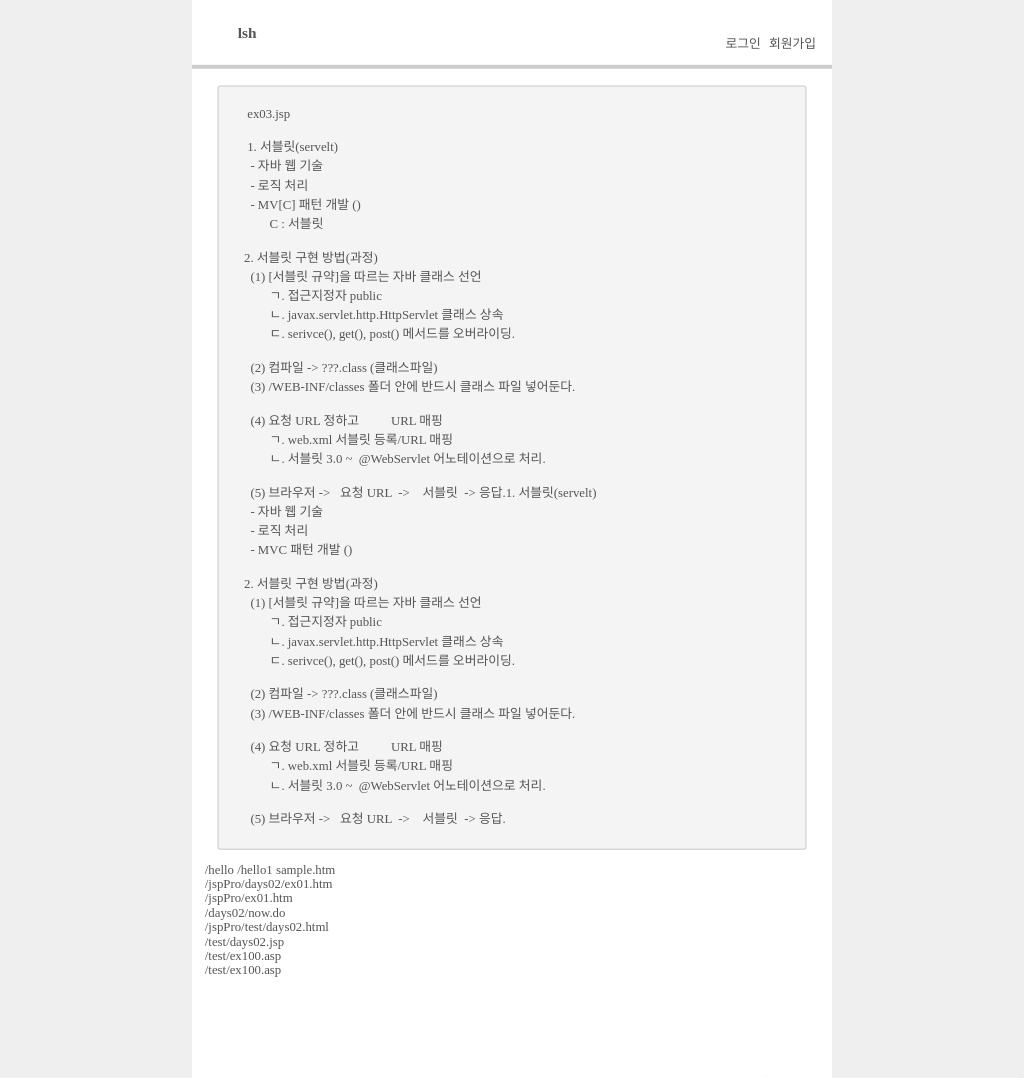
Repository: Seeker2250/JspTest
Page: http://localhost/jspPro/days02/ex03.jsp
These files come from the project's save history. The page is drawn as it stood at one moment and after the next save; the edit follows.
The browser window is 1280 px wide. The pictures show the whole page, at 80% of full size.
Some web fonts or font styles are not loaded; a fallback is used. The page is served by Tomcat 9. Other server files are loaded and not shown.

Above is the page before, as saved 2024-10-16 08:16:47.

### jspPro/src/main/webapp/days02/ex03.jsp
<%@ page language="java" contentType="text/html; charset=utf-8" pageEncoding="utf-8" %> <!-- 페이지 지시자(지시자는 @가 있다.) -->
<!DOCTYPE html>
<html>
<head>
<meta charset="UTF-8">
<title>Insert title here</title>
<link rel="shortcut icon" type="image/x-icon" href="http://localhost/jspPro/images/SiSt.ico">
<script src="https://ajax.googleapis.com/ajax/libs/jquery/3.7.1/jquery.min.js"></script>
<meta name="viewport" content="width=device-width, initial-scale=1.0">
<link rel="stylesheet" href="http://localhost/jspPro/resources/cdn-main/example.css">
<script src="http://localhost/jspPro/resources/cdn-main/example.js"></script>
<style>
 span.material-symbols-outlined{
    vertical-align: text-bottom;
 }
</style>
</head>
<body>
<header>
  <h1 class="main"><a href="#" style="position: absolute;top:30px;">lsh</a></h1>
  <ul>
    <li><a href="#">로그인</a></li>
    <li><a href="#">회원가입</a></li>
  </ul>
</header>
<div>
  <xmp class="code">
     ex03.jsp

     1. 서블릿(servelt)
      - 자바 웹 기술
      - 로직 처리
      - MV[C] 패턴 개발 ()
            C : 서블릿

    2. 서블릿 구현 방법(과정)
      (1) [서블릿 규약]을 따르는 자바 클래스 선언
            ㄱ. 접근지정자 public
            ㄴ. javax.servlet.http.HttpServlet 클래스 상속
            ㄷ. serivce(), get(), post() 메서드를 오버라이딩.

      (2) 컴파일 -> ???.class (클래스파일)
      (3) /WEB-INF/classes 폴더 안에 반드시 클래스 파일 넣어둔다.

      (4) 요청 URL 정하고          URL 매핑
            ㄱ. web.xml 서블릿 등록/URL 매핑
            ㄴ. 서블릿 3.0 ~  @WebServlet 어노테이션으로 처리.

      (5) 브라우저 ->   요청 URL  ->    서블릿  -> 응답.1. 서블릿(servelt)
      - 자바 웹 기술
      - 로직 처리
      - MVC 패턴 개발 ()

    2. 서블릿 구현 방법(과정)
      (1) [서블릿 규약]을 따르는 자바 클래스 선언
            ㄱ. 접근지정자 public
            ㄴ. javax.servlet.http.HttpServlet 클래스 상속
            ㄷ. serivce(), get(), post() 메서드를 오버라이딩.

      (2) 컴파일 -> ???.class (클래스파일)
      (3) /WEB-INF/classes 폴더 안에 반드시 클래스 파일 넣어둔다.

      (4) 요청 URL 정하고          URL 매핑
            ㄱ. web.xml 서블릿 등록/URL 매핑
            ㄴ. 서블릿 3.0 ~  @WebServlet 어노테이션으로 처리.

      (5) 브라우저 ->   요청 URL  ->    서블릿  -> 응답.
  </xmp>

  <a href="/jspPro/hello?name=이시훈">/hello</a>
  <a href="/jspPro/hello1?name=김준석">/hello1</a>


  <a href="sample.htm">sample.htm</a><br />
  <a href="/jspPro/days02/ex01.htm">/jspPro/days02/ex01.htm</a><br />
  <a href="/jspPro/ex01.htm">/jspPro/ex01.htm</a><br />

  <!-- / 경로의 위치가 다르기 때문에 jspPro 부터 시작한다. -->
  <a href="/jspPro/days02/now.do">/days02/now.do</a><br />

  <a href="/jspPro/test/days02/ex100.html">/jspPro/test/days02.html</a><br />
  <a href="/test/days02.jsp">/test/days02.jsp</a><br /> <!-- localhost로 들어가잖아 jspPro없어서 그래  -->
  <a href="/test/ex100.asp">/test/ex100.asp</a><br /> <!-- localhost로 들어가잖아 jspPro없어서 그래  -->
  <a href="/jspPro/test/ex100.asp">/test/ex100.asp</a><br />

  <!-- [차이점] 과제 / ch17, 514p
  <url-pattern>/</url-pattern>
  <url-pattern>/*</url-pattern>
   -->
</div>
</body>
</html>

### jspPro/src/main/webapp/resources/cdn-main/example.css
@charset "UTF-8";

@import url('https://fonts.googleapis.com/css2?family=Material+Symbols+Outlined:opsz,wght,FILL,GRAD@20..48,100..700,0..1,-50..200');

@font-face {
    font-family: 'GmarketSansMedium';
    src: url('https://cdn.jsdelivr.net/gh/projectnoonnu/noonfonts_2001@1.1/GmarketSansMedium.woff') format('woff');
    font-weight: normal;
    font-style: normal;
}

:root {
	--text-color: #555;
	--sub-text-color: #777;
	--back-color: #EFEFEF;
	--header-color: #444;
	--primary-color: #DEDEDE;
	--secondary-color: #EFEFEF;
	--default-width: 800px;
	--narrow-width: 500px;
	--wide-width: 1200px;
	--text-font: 'GmarketSansMedium';
	--icon-font: 'Material Symbols Outlined';
	--border-color: #CCC;
}

html, body {
	margin: 0;
	padding: 0;
}

html {
	background-color: var(--back-color);
	display: flex;
	justify-content: center;
	min-height: 100vh;
}

body, body.default {
	width: var(--default-width);
	background-color: white;
	padding-bottom: 120px;
}

body.wide {
	width: var(--wide-width);
}

body.narrow {
	width: var(--narrow-width);
}



body, p, div, span, a, input, select, option, textarea, button, table, th, td, label, fieldset, legend {
	font-family: var(--text-font);
	color: var(--text-color);
}

h1, h2, h3 {
	font-family: var(--text-font);
	color: var(--header-color);
	padding: 0 1rem;
	padding-top: .5rem;
}

div > h1, div > h2, div > h3 {
	padding: 0;
}

body > div, body > main > div {
	padding: 0.3rem 1rem;
}


h1 { font-size: 2rem; border-bottom: 1px solid var(--border-color); }
h1 small { font-size: 1.2rem; color: var(--sub-text-color); }
h2 { font-size: 1.5rem; border-bottom: 1px dashed var(--border-color); }
h2 small { font-size: 1.1rem; color: --sub-text-color; }
h3 { font-size: 1.2rem; }
h3 small { font-size: 1rem; color: --sub-text-color; }



h1.main::before {
	font-family: var(--icon-font);
  	content: '\e666';
  	margin-right: 10px;
  	float: left;
	font-size: 2.5rem;
}

h1.sub::before {
	font-family: var(--icon-font);
  	content: '\ea19';
  	margin-right: 10px;
  	float: left;
	font-size: 2.5rem;
}


h1.page::before {
	font-family: var(--icon-font);
  	content: '\e0e0';
  	margin-right: 10px;
  	float: left;
	font-size: 2.5rem;
}

body > header > ul > li > .active{
	background-color: #FFF;
	color:#F00;
}

body > header {
	display: flex;
	justify-content: space-between;
	border-bottom: 5px solid var(--border-color);
	min-height: 74px;
	background-color: #FFF;
}

body > header.sticky {
	position: sticky;
	top: 0;
	z-index: 98;
}

body > header > h1 {
	font-size: 1.2rem;
	border: 0;
}

body > header.in > h1::before {
	font-family: var(--icon-font);
  	content: '\e332‥';
  	margin-right: 3px;
  	float: left;
	font-size: 2rem;
}


body > header > ul {
	list-style-type: none;
	display: flex;
	align-items: flex-end;
	margin-right: 10px;
}

body > header > ul > li {
	margin-right: 10px;
	cursor: pointer;
}

body > header > ul > li > a {
	cursor: pointer;
}


form {
	display: block;
}

form > div {
	padding: 0.3rem 1rem;
}

div > form > div {
	padding: 0.3rem 0;
}

input, textarea, button, select {
	border: 1px solid #BBB;
	border-radius: 3px;
	outline: none;
	resize: none;
	padding: 7px;
	margin: 0;
}

input[type=text]:read-only, textarea:read-only {
	cursor: not-allowed;
	background-color: #FFF;
}

input[type=text]:disabled, textarea:disabled {
	cursor: not-allowed;
	background-color: #EEE;
}

input[type=text], input[type=password], textarea, button, select {
	/* width: 300px; */
}

textarea {
	display: block;
	height: 100px;
}

input[type=button], input[type=submit], button {
	/* width: inherit; */
}

input.short, textarea.short, button.short, select.short {
	width: 100px;
}

input.long, textarea.long, button.long, select.long {
	width: 350px;
}

.narrow input.long, .narrow textarea.long, .narrow button.long, .narrow select.long {
	width: calc(100% - 20px);
}

input.full, textarea.full, button.full, select.full {
	width: calc(100% - 20px);
}

textarea.short {
	height: 50px;
}

textarea.long {
	height: 100px;
}

textarea.full {
	height: 200px;
}

input, textarea {
	padding-top: 8px;
}

input[type=button], input[type=submit], button {
	padding: 5px 10px;
	background-color: var(--secondary-color);
	cursor: pointer;
	min-height: 36px;
}

input[type=button].primary, input[type=submit].primary, button.primary {
	/* background-color: rgba(100, 149, 237, .2); */
	background-color: var(--primary-color);
}

input[type=button].primary:hover, input[type=submit].primary:hover, button.primary:hover {
	/* background-color: rgba(100, 149, 237, .3); */
	background-color: var(--secondary-color);
}

input[type=button]:hover, input[type=submit]:hover, button:hover {
	background-color: var(--primary-color);
}

button {
	position: relative;
	left: 0;
	top: 0;
	padding-left: 35px;
}

button .material-symbols-outlined {
	position: absolute;
	left: 10px;
	top: 4px;
}

/* k2nik add */
button.login::before {
	font-family: var(--icon-font);
  	content: '\ea77';
	position: absolute;
	left: 11px;
	top: 4px;
	font-size: 1.25rem;
}

/* k2nik logout */
button.logout::before {
	font-family: var(--icon-font);
  	content: '\e9ba';
	position: absolute;
	left: 11px;
	top: 4px;
	font-size: 1.25rem;
}

/* k2nik help */
button.help::before {
	font-family: var(--icon-font);
  	content: '\f1c0';
	position: absolute;
	left: 11px;
	top: 4px;
	font-size: 1.25rem;
}

button.add::before{
	font-family: var(--icon-font);
  	content: '\e746';
	position: absolute;
	left: 11px;
	top: 4px;
	font-size: 1.25rem;
}

button.back::before {
	font-family: var(--icon-font);
  	content: '\e166';
	position: absolute;
	left: 11px;
	top: 4px;
	font-size: 1.25rem;
}

button.list::before {
	font-family: var(--icon-font);
  	content: '\e0ee';
	position: absolute;
	left: 11px;
	top: 4px;
	font-size: 1.25rem;
}


button.del::before {
	font-family: var(--icon-font);
  	content: '\e872';
	position: absolute;
	left: 11px;
	top: 4px;
	font-size: 1.25rem;
}


button.edit::before {
	font-family: var(--icon-font);
  	content: '\e745';
	position: absolute;
	left: 11px;
	top: 4px;
	font-size: 1.25rem;
}


button.login::before {
	font-family: var(--icon-font);
  	content: '\ea77';
	position: absolute;
	left: 11px;
	top: 4px;
	font-size: 1.25rem;
}


button.logout::before {
	font-family: var(--icon-font);
  	content: '\e9ba';
	position: absolute;
	left: 11px;
	top: 4px;
	font-size: 1.25rem;
}


button.in::before {
	font-family: var(--icon-font);
  	content: '\f71a';
	position: absolute;
	left: 11px;
	top: 4px;
	font-size: 1.25rem;
}


button.out::before {
	font-family: var(--icon-font);
  	content: '\f70e';
	position: absolute;
	left: 11px;
	top: 4px;
	font-size: 1.25rem;
}


button.reply::before {
	font-family: var(--icon-font);
  	content: '\e15e';
	position: absolute;
	left: 11px;
	top: 4px;
	font-size: 1.25rem;
}


button.comment::before {
	font-family: var(--icon-font);
  	content: '\e0b9';
	position: absolute;
	left: 11px;
	top: 4px;
	font-size: 1.25rem;
}


button.modal::before {
	font-family: var(--icon-font);
  	content: '\e89e';
	position: absolute;
	left: 11px;
	top: 4px;
	font-size: 1.25rem;
}


button.ok::before {
	font-family: var(--icon-font);
  	content: '\e86c';
	position: absolute;
	left: 11px;
	top: 4px;
	font-size: 1.25rem;
}


button.cancel::before {
	font-family: var(--icon-font);
  	content: '\e5c9';
	position: absolute;
	left: 11px;
	top: 4px;
	font-size: 1.25rem;
}

button.search::before {
	font-family: var(--icon-font);
  	content: '\e8b6';
	position: absolute;
	left: 11px;
	top: 4px;
	font-size: 1.25rem;
}

button.home::before {
	font-family: var(--icon-font);
  	content: '\e88a';
	position: absolute;
	left: 11px;
	top: 4px;
	font-size: 1.25rem;
}


button.sidebar::before {
	font-family: var(--icon-font);
  	content: '\f7e4';
	position: absolute;
	left: 11px;
	top: 4px;
	font-size: 1.25rem;
}


button.sidebar-right::before {
	font-family: var(--icon-font);
  	content: '\f7e5';
	position: absolute;
	left: 11px;
	top: 4px;
	font-size: 1.25rem;
}




button::before {
	font-family: var(--icon-font);
  	content: '\e323';
	position: absolute;
	left: 11px;
	top: 4px;
	font-size: 1.25rem;
}


table {
	border-collapse: collapse;
	margin: 1rem;
	box-sizing: border-box;
	width: calc(100% - 32px);
}

table.content {
	width: auto;
}

div > table {
	margin: 0;
}

table th, table td {
	border: 1px solid var(--border-color);
	padding: 7px;
	font-weight: normal;
}

table th {
	background-color: var(--back-color);
}

table.vertical th {
	width: 150px;
}

table.vertical td {
	width: calc(100% - 182px);
	padding-left: 10px;
}

table.content td, table.content th {
	width: auto;
}

body.narrow table.vertical th {
	width: 100px;
}

body.narrow table.vertical td {
	width: calc(100% - 182px);
}


table + table {
	margin-top: 30px;
}


p {
	padding: 0 1rem;
}

a {
	text-decoration: none;
}

a:hover {
	color: rgba(255, 99, 71, .7);
}

hr {
	border: 0;
	border-top: 1px solid var(--border-color);
	margin: 2rem 0;
}

.message {
	border: 1px solid var(--border-color);
	background-color: #EFEFEF;
	margin: 1rem;
	width: auto;
	padding-top: 10px;
	padding-bottom: 10px;
	font-size: 14px;
}

.message[title]::before {
	content: attr(title);
	display: block;
	border-bottom: 1px solid var(--border-color);
	padding-bottom: 5px;
	margin-bottom: 10px;
	margin-top: 7px;
}

.message.short {
	max-width: 250px;
}

.message.long {
	max-width: 500px;
}

.badge {
	float: right;
	font-size: .8rem;
	margin-top: 2px;
	margin-right: 2px;
	text-shadow: 0 0 7px gray;
}

.badge.left {
	float: none;
	margin-left: 2px;
}

.badge.right {
	float: right;
}

.badge.red {
	border-radius: 50%;
	padding: 2px 5px;
	background-color: rgb(255, 99, 71, .3);
}

.badge.yellow {

	border-radius: 50%;
	padding: 2px 5px;
	background-color: rgb(255, 215, 0, .5);
}

.badge.blue {
	border-radius: 50%;
	padding: 2px 5px;
	background-color: rgb(100, 149, 237, .3);
}

label + label {
	margin-left: 7px;
}

label input[type=checkbox], label input[type=radio] {
	transform: translate(0, 1px);
}

.group {
	display: flex;
}

.modal-content .group {
	margin-bottom: .5rem;
}

.group label {
	border: 1px solid #BBB;
	border-radius: 3px;
	outline: none;
	resize: none;
	padding: 7px 14px;
	margin: 0;
	border-top-right-radius: 0;
	border-bottom-right-radius: 0;
	background-color: #EFEFEF;
	white-space: nowrap;
	font-size: 14px;
}

.group input[type=text] {
	margin-left: -1px;
	border-top-left-radius: 0;
	border-bottom-left-radius: 0;
}

.group select {
	margin-left: -1px;
	border-top-left-radius: 0;
	border-bottom-left-radius: 0;
}

.group input.full[type=text] {
	margin-left: -1px;
	border-top-left-radius: 0;
	border-bottom-left-radius: 0;
	width: 100%;
}

.group input[type=button]:first-child, .group button:first-child {
	border-top-left-radius: 3px;
	border-bottom-left-radius: 3px;
	margin-left: 0px;
}

.group input[type=button], .group button {
	border-radius: 0;
	margin-left: -1px;
}

.group input[type=button]:last-child, .group button:last-child {
	margin-left: -1px;
	border-top-right-radius: 3px;
	border-bottom-right-radius: 3px;
}

.seperate {
	display: flex;
	justify-content: space-between;
}

div.list {
	width: max-content;
	margin: 1rem;
	border: 1px solid #BBB;
	border-radius: 3px;
	padding: 0;
}

div.list.full {
	width: auto;
	display: block;
	margin: 1rem;
	border: 1px solid #BBB;
	border-radius: 3px;
	padding: 0;
}

div.list > div {
	padding: .5rem 1rem;
	margin: 0;
	border-bottom: 1px solid #BBB;
}

div.list > div:last-child {
	border-bottom: 0;
}

pre.code , xmp.code{
	font-family: consols;
	background-color: rgba(150, 150, 150, .1);
	border: 1px solid #BBB;
	border-radius: 3px;
	padding: .5rem 1rem;
	padding-bottom: .6rem;
	margin: 1rem;
}




*[data-modal-window] {
	position: fixed;
	background-color: rgba(0, 0, 0, .3);
	left: 0;
	top: 0;
	display: none;
	justify-content: center;
	align-items: flex-start;
	width: 100%;
	min-height: 100vh;
	z-index: 100;
	opacity: 0;
	transition: 500ms all;
}

*[data-modal-window] .modal-container {
	border-radius: 5px;
	padding: 1rem;
	padding-bottom: .5rem;
	margin-top: -500px;
	opacity: 0;
	width: 500px;
	background-color: #FFF;
	margin-right: 2rem;
	transition: 500ms all;
}

*[data-modal-size=content] .modal-container {
	width: auto;
}

*[data-modal-size=narrow] .modal-container {
	width: 300px;
}

*[data-modal-size=wide] .modal-container {
	width: 760px;
}


*[data-modal-window] .modal-header {
	border-bottom: 1px solid var(--border-color);
	padding: 2px 5px;
}

*[data-modal-window] .modal-content {
	padding: 1rem 5px;
}

*[data-modal-window] .modal-content div:last-child {
	margin-top: 1rem;
	text-align: right;
}



*[data-sidebar-window] {
	position: fixed;
	background-color: #FFF;
	left: 0;
	top: 0;
	display: block;
	width: 300px;
	border-right: 1px solid var(--border-color);
	box-sizing: border-box;
	box-shadow: 0 0 3px var(--back-color);
	min-height: 100vh;
	z-index: 99;
	transform: translate(-300px, 0);
	transition-duration: 500ms;
	transition-property: transform;
}

*[data-sidebar-direction=right] {
	left: auto;
	right: 0;
	transform: translate(300px, 0);
	border-left: 1px solid var(--border-color);
}

*[data-sidebar-size=wide] {
	width: 500px;
	transform: translate(-500px, 0);
}

*[data-sidebar-window] .sidebar-title {
	border-bottom: 1px solid var(--border-color);
	margin-top: 20px;
	margin-bottom: 20px;
	padding-bottom: 5px;
	display: flex;
	justify-content: space-between;
}

*[data-sidebar-window] .sidebar-title span:last-child {
	cursor: pointer;
}


/* K2Nik pagination */
.center {
  text-align: center;
}

.pagination {
  display: inline-block;
}

.pagination a {
  color: black;
  float: left;
  padding: 3px 6px;
  text-decoration: none;
  transition: background-color .3s;
  border: 1px solid #ddd;
  margin: 0 3px;
}

.pagination a.active {
  background-color: #4CAF50;
  color: white;
  border: 1px solid #4CAF50;
}

.pagination a:hover:not(.active) {background-color: #ddd;}

### jspPro/src/main/webapp/resources/cdn-main/example.js

window.onload = () => {

    const list = document.querySelectorAll('input, textarea');

    list.forEach(item => {
        item.setAttribute('autocomplete', 'off');
    });


    const modal_btn_list = document.querySelectorAll('*[data-modal-button]');

    modal_btn_list.forEach(item => {
        item.onclick = function() {

            const name = this.dataset['modalButton'];
            const modal_window = document.querySelector('*[data-modal-window=' + name);

            const container = document.createElement('div');
            container.className = 'modal-container';



            const modal_header = document.createElement('div');
            modal_header.textContent = modal_window.dataset['modalTitle'];
            modal_header.className = 'modal-header';
            container.appendChild(modal_header);

            const modal_content = document.createElement('div');
            modal_content.className = 'modal-content';
            container.appendChild(modal_content);

            Array.from(modal_window.childNodes).forEach(item => {
                modal_content.appendChild(item);
            });

            modal_window.appendChild(container);

            modal_window.style.display = 'flex';

            setTimeout(() => {
                modal_window.style.opacity = 1;
                container.style.marginTop = '20px';
                container.style.opacity = 1;
            }, 50);


            const modal_ok = document.querySelector('*[data-modal-ok=' + name);
            modal_ok.addEventListener('click', function() {
                modal_window.style.opacity = 0;
                container.style.marginTop = '-500px';
                container.style.opacity = 0;

                setTimeout(() => {
                    modal_window.innerHTML = modal_content.innerHTML;
                    modal_window.style.display = 'none';
                }, 500);

            });

            const modal_cancel = document.querySelector('*[data-modal-cancel=' + name);
            modal_cancel.addEventListener('click', function() {

                modal_window.style.opacity = 0;
                container.style.marginTop = '-500px';
                container.style.opacity = 0;

                setTimeout(() => {
                    modal_window.innerHTML = modal_content.innerHTML;
                    modal_window.style.display = 'none';
                }, 500);
            });


        };
    });


    const sidebar_btn_list = document.querySelectorAll('*[data-sidebar-button]');

    sidebar_btn_list.forEach(item => {
        item.onclick = function() {



            const name = this.dataset['sidebarButton'];
            const sidebar_window = document.querySelector('*[data-sidebar-window=' + name);

            if (sidebar_window.style.transform == 'translate(0px, 0px)') return;



            sidebar_window.style.transform = 'translate(0, 0)';

            const sidebar_title = document.createElement('div');
            sidebar_title.className = 'sidebar-title';
            sidebar_title.innerHTML = '<span>' + sidebar_window.dataset['sidebarTitle'] + '</span><span class="material-symbols-outlined">close</span>';

            sidebar_title.children[1].onclick = function() {

                let sign = 1;
                let distance = 300;

                if (sidebar_window.dataset['sidebarDirection'] != 'right') {
                    sign = -1;
                } else {
                    sign = 1;
                }

                if (sidebar_window.dataset['sidebarSize'] != 'wide') {
                    distance = 300;
                } else {
                    distance = 500;
                }

                distance *= sign;

                sidebar_window.style.transform = 'translate(' + distance + 'px, 0)';

                setTimeout(function() {
                    sidebar_window.removeChild(sidebar_window.children[0]);
                }, 500);
            };


            sidebar_window.prepend(sidebar_title);

        }
    });

};

// window.onkeydown = function(event) {

//     if (event.keyCode == 27) {
//         if (document.querySelector('[data-modal-window').style.display == 'flex') {
//             document.querySelector('[data-modal-window').style.display = 'none';
//         }
//     }

// };

After the next save:
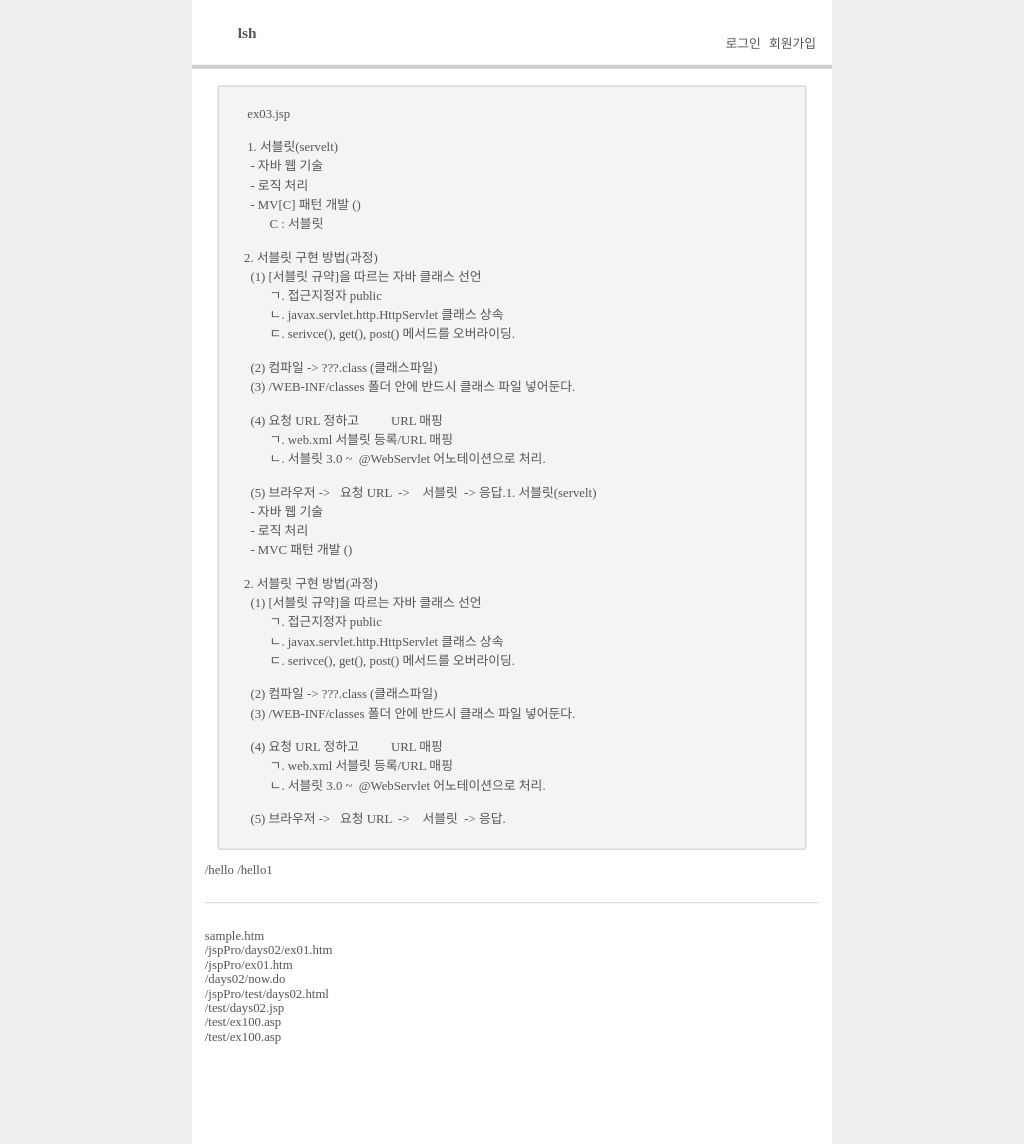
Saved 65 s later.
--- a/jspPro/src/main/webapp/days02/ex03.jsp
+++ b/jspPro/src/main/webapp/days02/ex03.jsp
@@ -66,11 +66,9 @@
 
       (5) 브라우저 ->   요청 URL  ->    서블릿  -> 응답.
   </xmp>
-
   <a href="/jspPro/hello?name=이시훈">/hello</a>
   <a href="/jspPro/hello1?name=김준석">/hello1</a>
-
-
+  <hr />
   <a href="sample.htm">sample.htm</a><br />
   <a href="/jspPro/days02/ex01.htm">/jspPro/days02/ex01.htm</a><br />
   <a href="/jspPro/ex01.htm">/jspPro/ex01.htm</a><br />
@@ -79,8 +77,8 @@
   <a href="/jspPro/days02/now.do">/days02/now.do</a><br />
 
   <a href="/jspPro/test/days02/ex100.html">/jspPro/test/days02.html</a><br />
-  <a href="/test/days02.jsp">/test/days02.jsp</a><br /> <!-- localhost로 들어가잖아 jspPro없어서 그래  -->
-  <a href="/test/ex100.asp">/test/ex100.asp</a><br /> <!-- localhost로 들어가잖아 jspPro없어서 그래  -->
+  <a href="/test/days02.jsp">/test/days02.jsp</a><br /> <!-- 일치 x  -->
+  <a href="/test/ex100.asp">/test/ex100.asp</a><br /> <!-- 일치 x  -->
   <a href="/jspPro/test/ex100.asp">/test/ex100.asp</a><br />
 
   <!-- [차이점] 과제 / ch17, 514p
